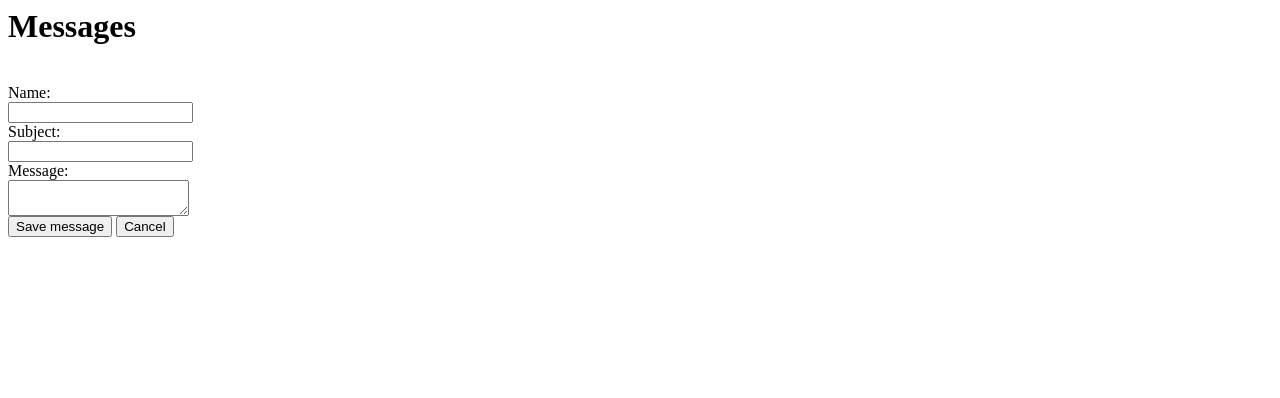
Repository: ClaudiaGheorghe97/cloudcomputing
Page: frontend/index.html
The author's editor kept a record of every edit. The page is drawn from the files as they stood at one moment, then again after the next edit.
The browser window is 1280 px wide. The pictures show the whole page.
The page's requests for data from a server got no answer.

Above is the page before.

After the next edit:
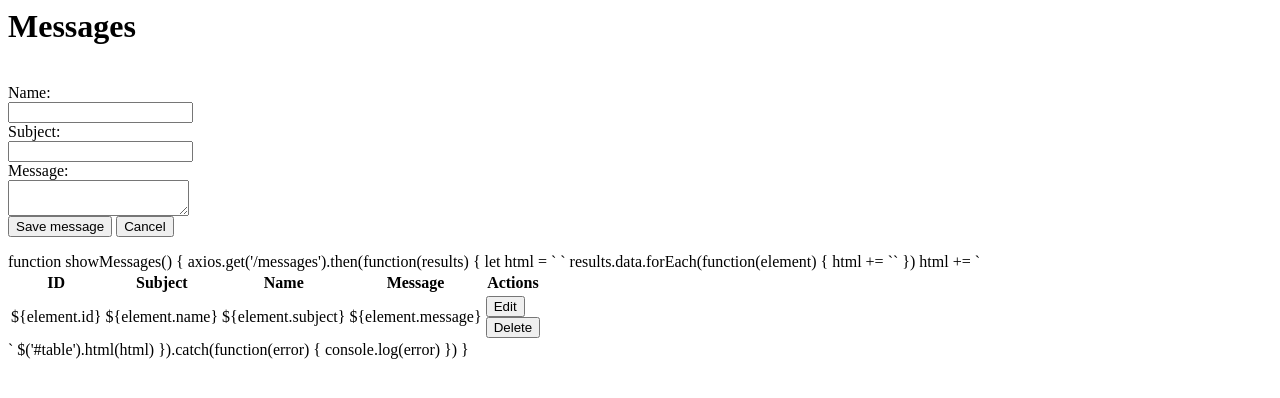
Console error: ReferenceError: showMessages is not defined
The edit:
--- a/frontend/index.html
+++ b/frontend/index.html
@@ -28,7 +28,7 @@
     integrity="sha256-FgpCb/KJQlLNfOu91ta32o/NMZxltwRo8QtmkMRdAu8="
     crossorigin="anonymous"></script>
 
-  <script>
+
   function showMessages() {
     axios.get('/messages').then(function(results) {
 

After the 2 edits that followed:
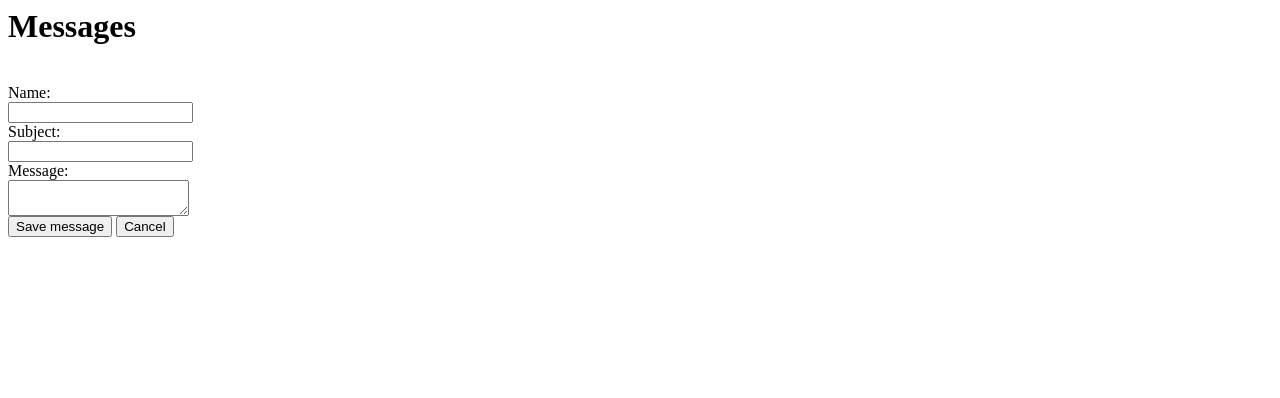
The 2 edits are shown as one change because 1 left the picture as it was.
The edit:
--- a/frontend/index.html
+++ b/frontend/index.html
@@ -28,8 +28,10 @@
     integrity="sha256-FgpCb/KJQlLNfOu91ta32o/NMZxltwRo8QtmkMRdAu8="
     crossorigin="anonymous"></script>
 
-
-  function showMessages() {
+    <script type="text/javascript">
+    $(document).ready(function() {
+        console.log('Hello from JQuery')
+        function showMessages() {
     axios.get('/messages').then(function(results) {
 
         let html = ` <table style="width:500px;">
@@ -61,7 +63,12 @@
         console.log(error)
     })
 }
+    })
+
+
 </script>
+
+
 
 <script type="text/javascript">
     $(document).ready(function() {
